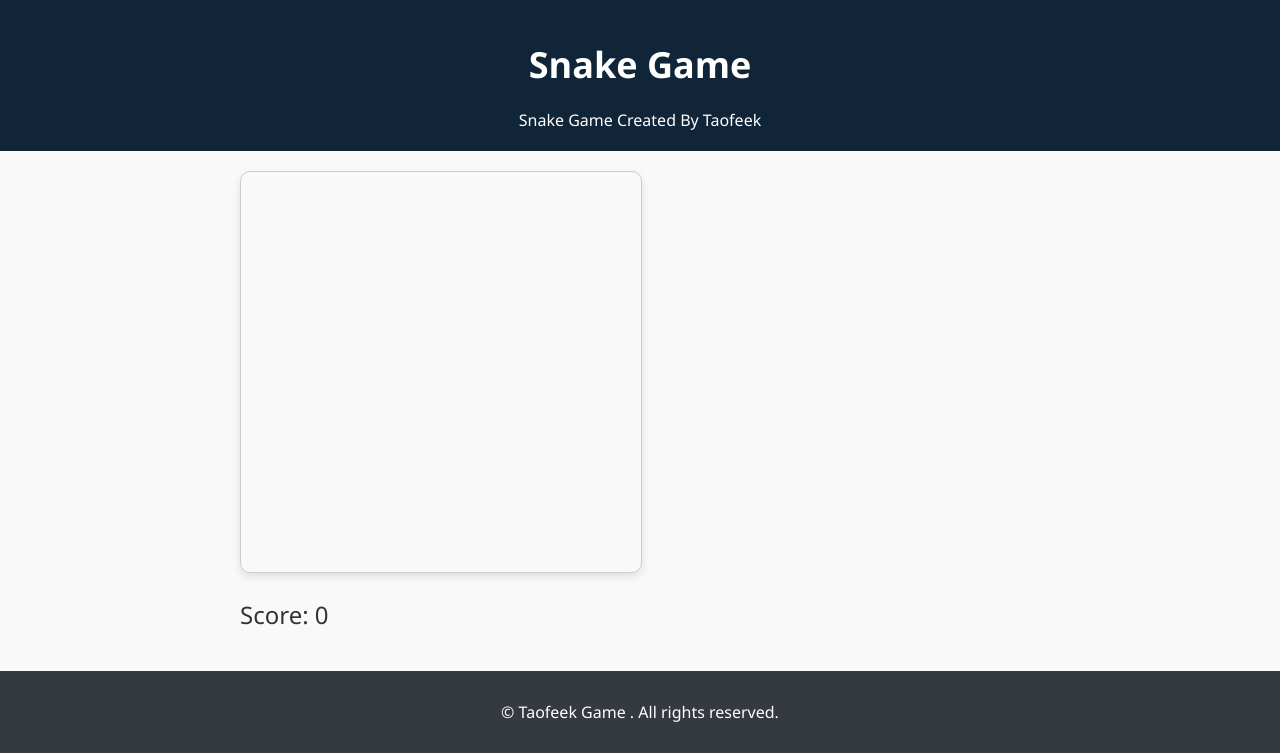
Repository: Taofeekolusola/Landing-page
Page: index.html
These files come from the project's save history. The page is drawn as it stood at one moment and after the next save; the edit follows.
The browser window is 1280 px wide. The pictures show the whole page.

Above is the page before, as saved 2024-05-06 18:07:19.
Not found: script.js

### index.html
<!DOCTYPE html>
<html lang="en">
<head>
    <meta charset="UTF-8">
    <meta name="viewport" content="width=device-width, initial-scale=1.0">
    <title>Snake Game</title>
    <link rel="stylesheet" href="styles.css">
</head>
<body>
    <header>
        <div class="container">
            <h1>Snake Game</h1>
        </div>
        <div class="name">Snake Game Created By Taofeek</div>
    </header>
    <main>
        <div class="container">
            <canvas id="gameCanvas" width="400" height="400"></canvas>
            <div id="score">Score: 0</div>
        </div>
    </main>
    <footer>
        <div class="container">
            <p>&copy; Taofeek Game . All rights reserved.</p>
        </div>
    </footer>
    <script src="script.js"></script>
</body>
</html>

### styles.css
body {
    font-family: 'Segoe UI', Tahoma, Geneva, Verdana, sans-serif;
    margin: 0;
    padding: 0;
    display: flex;
    flex-direction: column;
    min-height: 100vh;
    background-color: #f9f9f9;
}

.container {
    width: 80%;
    max-width: 800px;
    margin: 0 auto;
    padding: 20px;
}

header {
    background-color: #112538;
    color: #fff;
    text-align: center;
    padding: 20px 0;
}

header h1 {
    font-size: 36px;
    margin: 0;
}

main {
    flex-grow: 1;
    display: flex;
    justify-content: center;
    align-items: center;
}

canvas {
    border: 1px solid #ccc;
    border-radius: 10px;
    box-shadow: 0 4px 8px rgba(0, 0, 0, 0.1);
}

#score {
    margin-top: 20px;
    font-size: 24px;
    color: #333;
}

footer {
    background-color: #343a40;
    color: #fff;
    text-align: center;
    padding: 10px 0;
    margin-top: 20px;
}

footer p {
    margin: 0;
}

After the next save:
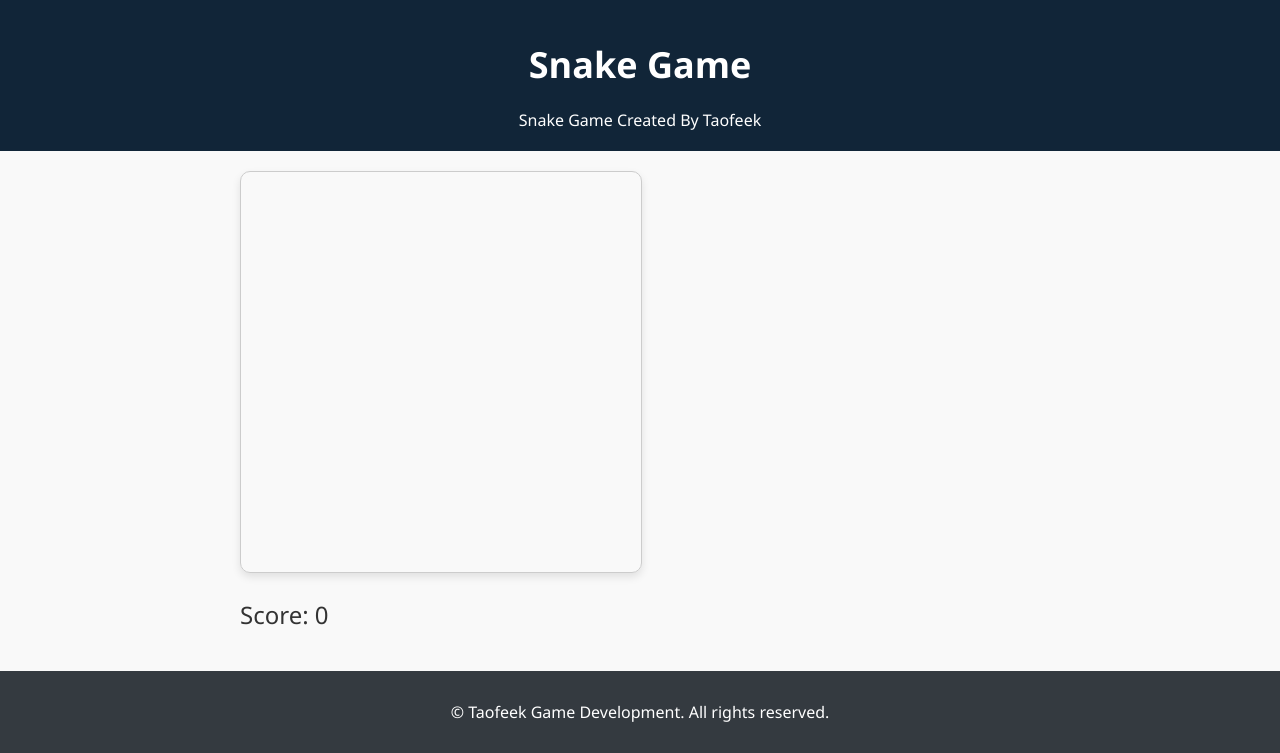
Saved 4 s later.
--- a/index.html
+++ b/index.html
@@ -21,7 +21,7 @@
     </main>
     <footer>
         <div class="container">
-            <p>&copy; Taofeek Game . All rights reserved.</p>
+            <p>&copy; Taofeek Game Development. All rights reserved.</p>
         </div>
     </footer>
     <script src="script.js"></script>
